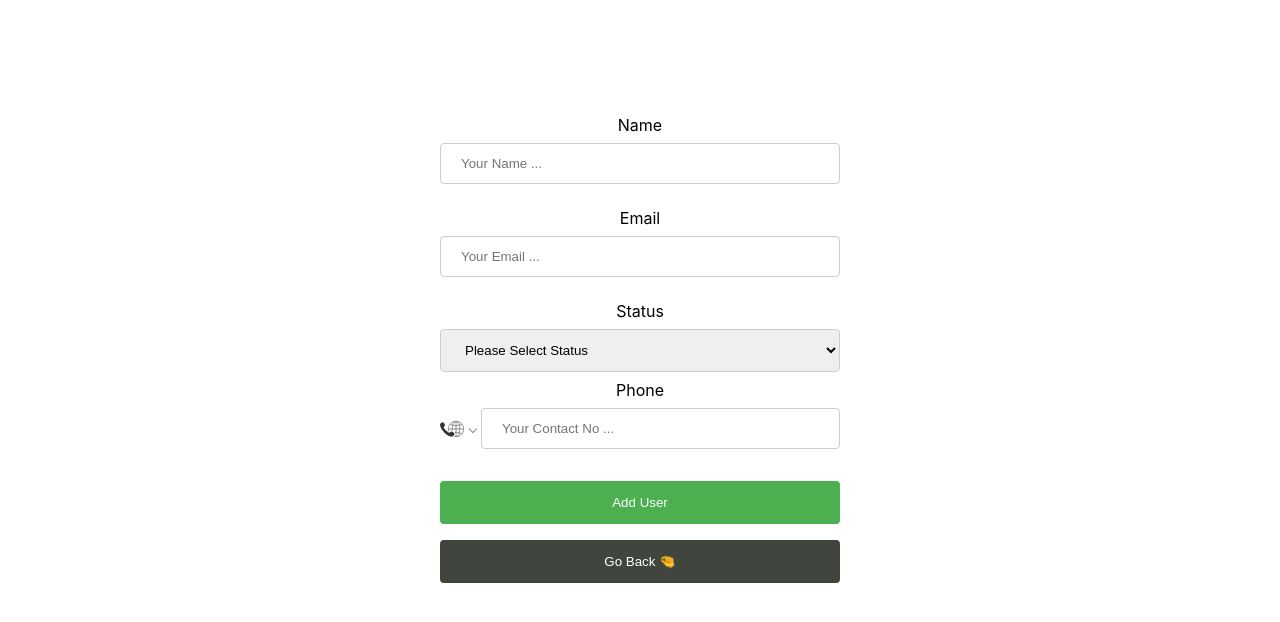
Repository: fdhhhdjd/Redux-Toolkit-CURD-Firebase
Page: /add
The author's editor kept a copy of each file at every save. The page is drawn from the files as they stood at one save, then again after the next save.
The browser window is 1280 px wide. The pictures show the whole page.
The project was rebuilt for these pictures with package versions that can differ from the ones it lists, and the page was loaded fresh each time. Also part of the build but not shown: src/Styles/Home.css, src/Component/Moments.js, src/Component/Home.js, src/Styles/View.css, src/Component/View.js.

Above is the page before, as saved 2021-10-25 14:55:12.

After the next save:
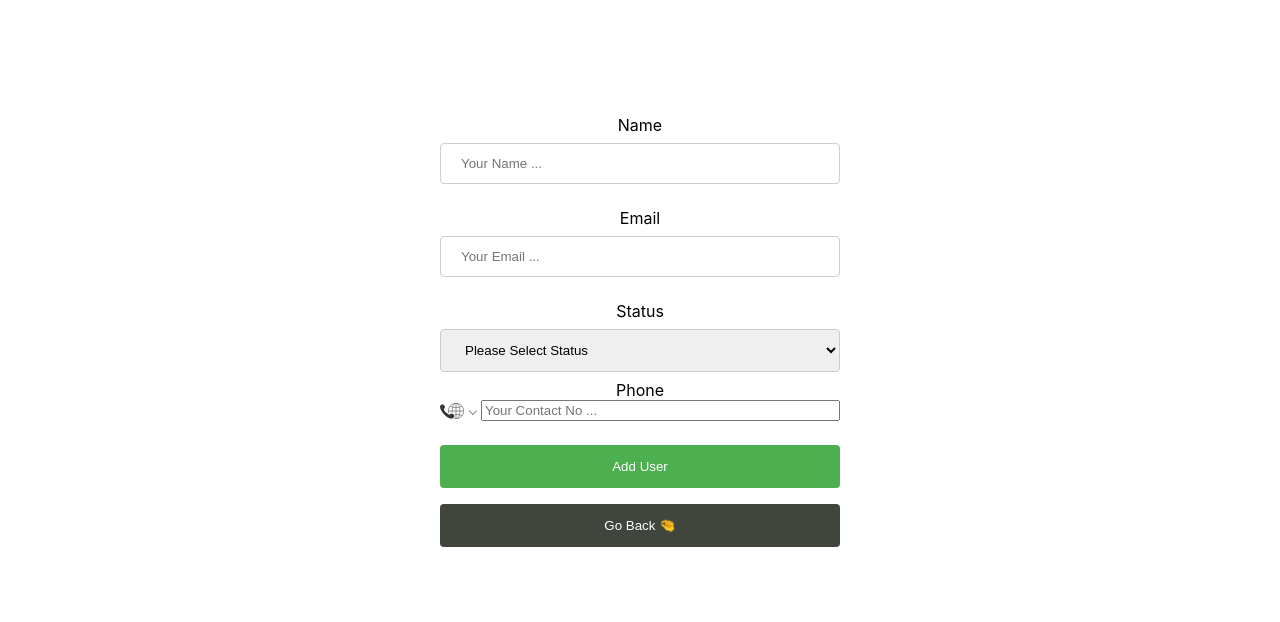
Saved 27 s later.
--- a/src/Component/AddEdit.js
+++ b/src/Component/AddEdit.js
@@ -121,8 +121,6 @@
           </select>
           <label htmlFor="phone">Phone</label>
           <PhoneInput
-            type="text"
-            id="phone"
             name="phone"
             placeholder="Your Contact No ..."
             {...register("phone", { required: true })}

After the 2 saves that followed:
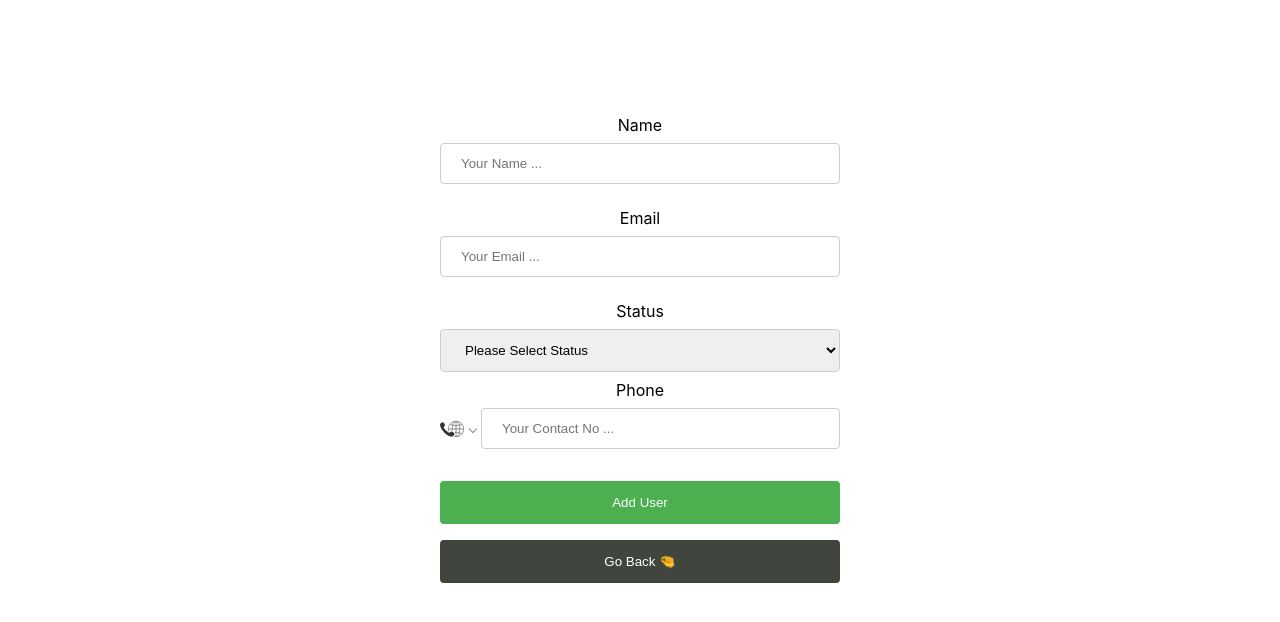
The 2 saves are shown as one change because 1 left the picture as it was.
The last was saved 13 s later.
--- a/src/Component/AddEdit.js
+++ b/src/Component/AddEdit.js
@@ -121,6 +121,7 @@
           </select>
           <label htmlFor="phone">Phone</label>
           <PhoneInput
+            type="text"
             name="phone"
             placeholder="Your Contact No ..."
             {...register("phone", { required: true })}
